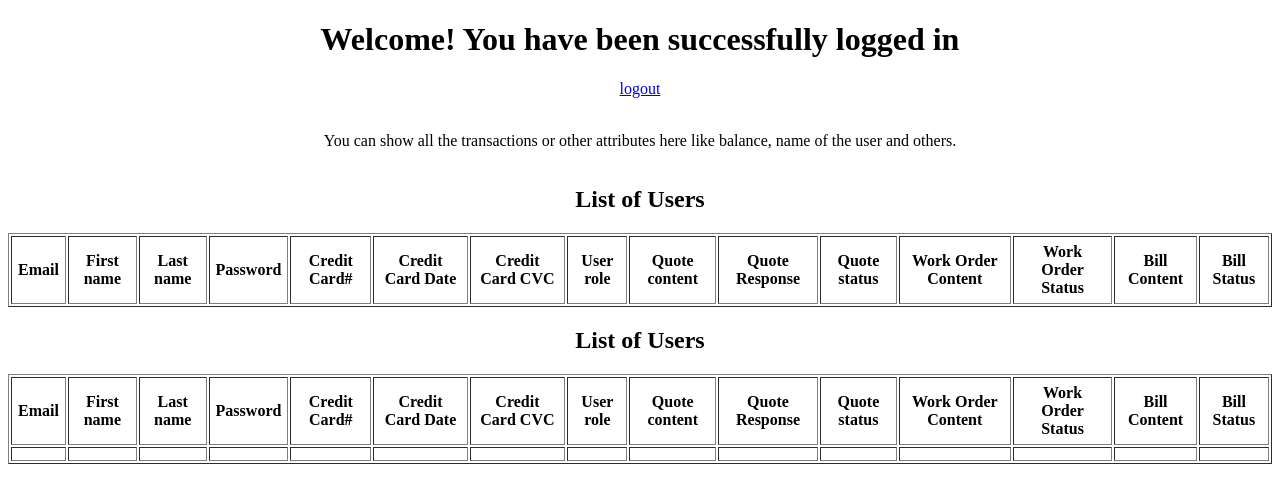
Repository: jacknishanian/Database-project
Page: http://localhost/database/activitypage.jsp
These files come from the project's save history. The page is drawn as it stood at one moment and after the next save; the edit follows.
The browser window is 1280 px wide. The pictures show the whole page.
The page is served by Tomcat 9. Other server files are loaded and not shown.

Above is the page before, as saved 2023-10-18 03:13:25.

### database/WebContent/activitypage.jsp
<%@ page language="java" contentType="text/html; charset=ISO-8859-1"
    pageEncoding="ISO-8859-1"%>
<%@ taglib uri="http://java.sun.com/jsp/jstl/core" prefix="c" %>

<!DOCTYPE html>
<html>
<head>
<meta charset="ISO-8859-1">
<title>Activity page</title>
</head>

<center><h1>Welcome! You have been successfully logged in</h1> </center>


	<body>
	 <center>
		 <a href="login.jsp"target ="_self" > logout</a><br><br>
		 <p> You can show all the transactions or other attributes here like balance, name of the user and others.</p>


		 <table border="1" cellpadding="6">
            <caption><h2>List of Users</h2></caption>
            <tr>
                <th>Email</th>
                <th>First name</th>
                <th>Last name</th>
                <th>Password</th>
                <th>Credit Card#</th>
                <th>Credit Card Date</th>
                <th>Credit Card CVC</th>
                <th>User role</th>
                <th>Quote content</th>
                <th>Quote Response</th>
                <th>Quote status</th>
                <th>Work Order Content</th>
                <th>Work Order Status</th>
                <th>Bill Content</th>
                <th>Bill Status</th>

            </tr>
            <c:forEach var="user" items="${listUser}">
                <tr style="text-align:center">
                    <td><c:out value="${user.email}" /></td>
                    <td><c:out value="${user.firstName}" /></td>
                    <td><c:out value="${user.lastName}" /></td>
                    <td><c:out value="${user.password}" /></td>
                    <td><c:out value="${user.card_num}" /></td>
                    <td><c:out value="${user.card_date}" /></td>
                    <td><c:out value="${user.card_cvc}" /></td>
                    <td><c:out value="${user.role}" /></td>
                    <td><c:out value="${user.quotes_content}" /></td>
                    <td><c:out value="${user.quotes_response}"/></td>
                    <td><c:out value="${user.quotes_status}" /></td>
                    <td><c:out value="${user.work_order_content}" /></td>
                    <td><c:out value="${user.work_order_status}" /></td>
                    <td><c:out value="${user.bill_of_work_content}"/></td>
                    <td><c:out value="${user.bill_of_work_status}" /></td>

            </c:forEach>
        </table>


            <table border="1" cellpadding="6">
            <caption><h2>List of Users</h2></caption>
            <tr>
                <th>Email</th>
                <th>First name</th>
                <th>Last name</th>
                <th>Password</th>
                <th>Credit Card#</th>
                <th>Credit Card Date</th>
                <th>Credit Card CVC</th>
                <th>User role</th>
                <th>Quote content</th>
                <th>Quote Response</th>
                <th>Quote status</th>
                <th>Work Order Content</th>
                <th>Work Order Status</th>
                <th>Bill Content</th>
                <th>Bill Status</th>

            </tr>



            <tr style="text-align:center">
                    <td><c:out value="${user.email}" /></td>
                    <td><c:out value="${user.firstName}" /></td>
                    <td><c:out value="${user.lastName}" /></td>
                    <td><c:out value="${user.password}" /></td>
                    <td><c:out value="${user.card_num}" /></td>
                    <td><c:out value="${user.card_date}" /></td>
                    <td><c:out value="${user.card_cvc}" /></td>
                    <td><c:out value="${user.role}" /></td>
                    <td><c:out value="${user.quotes_content}" /></td>
                    <td><c:out value="${user.quotes_response}"/></td>
                    <td><c:out value="${user.quotes_status}" /></td>
                    <td><c:out value="${user.work_order_content}" /></td>
                    <td><c:out value="${user.work_order_status}" /></td>
                    <td><c:out value="${user.bill_of_work_content}"/></td>
                    <td><c:out value="${user.bill_of_work_status}" /></td>




        </table>

		 </center>
	</body>
</html>

After the next save:
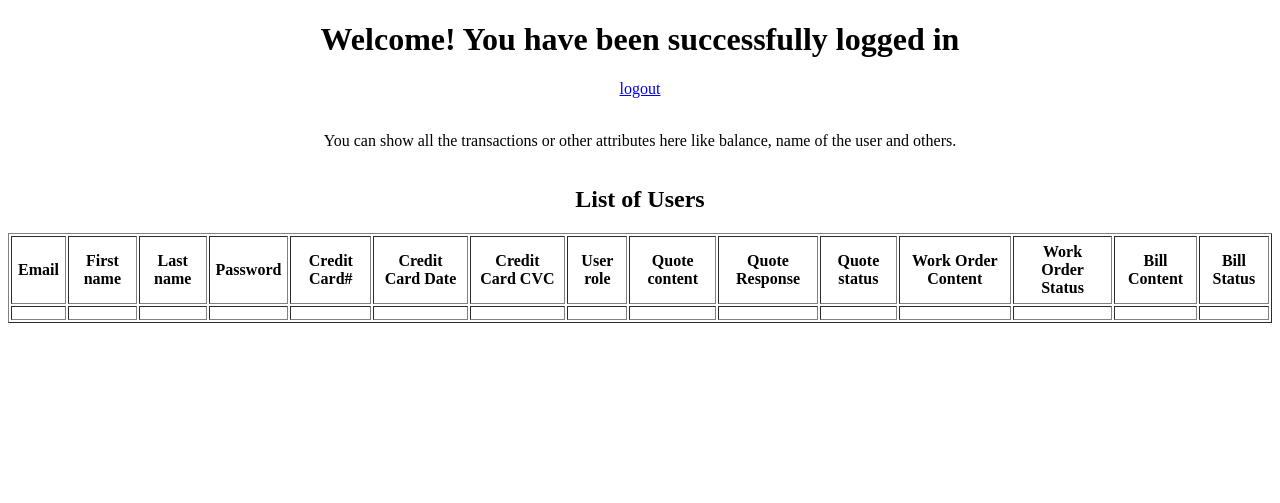
Saved 16 s later.
--- a/database/WebContent/activitypage.jsp
+++ b/database/WebContent/activitypage.jsp
@@ -18,46 +18,6 @@
 		 <p> You can show all the transactions or other attributes here like balance, name of the user and others.</p>
 
 
-		 <table border="1" cellpadding="6">
-            <caption><h2>List of Users</h2></caption>
-            <tr>
-                <th>Email</th>
-                <th>First name</th>
-                <th>Last name</th>
-                <th>Password</th>
-                <th>Credit Card#</th>
-                <th>Credit Card Date</th>
-                <th>Credit Card CVC</th>
-                <th>User role</th>
-                <th>Quote content</th>
-                <th>Quote Response</th>
-                <th>Quote status</th>
-                <th>Work Order Content</th>
-                <th>Work Order Status</th>
-                <th>Bill Content</th>
-                <th>Bill Status</th>
-
-            </tr>
-            <c:forEach var="user" items="${listUser}">
-                <tr style="text-align:center">
-                    <td><c:out value="${user.email}" /></td>
-                    <td><c:out value="${user.firstName}" /></td>
-                    <td><c:out value="${user.lastName}" /></td>
-                    <td><c:out value="${user.password}" /></td>
-                    <td><c:out value="${user.card_num}" /></td>
-                    <td><c:out value="${user.card_date}" /></td>
-                    <td><c:out value="${user.card_cvc}" /></td>
-                    <td><c:out value="${user.role}" /></td>
-                    <td><c:out value="${user.quotes_content}" /></td>
-                    <td><c:out value="${user.quotes_response}"/></td>
-                    <td><c:out value="${user.quotes_status}" /></td>
-                    <td><c:out value="${user.work_order_content}" /></td>
-                    <td><c:out value="${user.work_order_status}" /></td>
-                    <td><c:out value="${user.bill_of_work_content}"/></td>
-                    <td><c:out value="${user.bill_of_work_status}" /></td>
-
-            </c:forEach>
-        </table>
 
 
             <table border="1" cellpadding="6">
